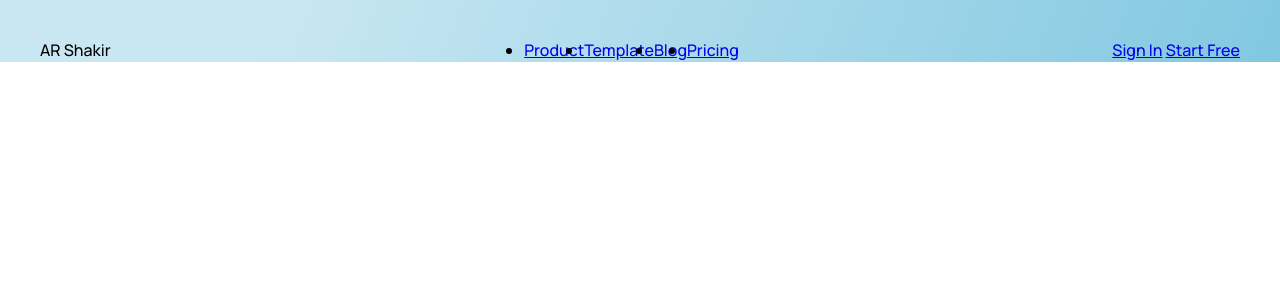
Repository: duongdori/ARShakir
Page: index.html
These files come from the project's save history. The page is drawn as it stood at one moment and after the next save; the edit follows.
The browser window is 1280 px wide. The pictures show the whole page.

Above is the page before, as saved 2022-04-01 21:53:08.

### index.html
<!DOCTYPE html>
<html lang="en">
<head>
    <meta charset="UTF-8">
    <meta http-equiv="X-UA-Compatible" content="IE=edge">
    <meta name="viewport" content="width=device-width, initial-scale=1.0">
    <title>Document</title>
    <link rel="preconnect" href="https://fonts.googleapis.com">
    <link rel="preconnect" href="https://fonts.gstatic.com" crossorigin>
    <link href="https://fonts.googleapis.com/css2?family=Manrope:wght@400;500;600;700;800&display=swap" rel="stylesheet">

    <link rel="stylesheet" href="./assets/css/main.css">
</head>
<body>
    <div class="wrapper">
        <header class="header">
            <div class="header-top">
                <div class="container">
                    <div class="header-logo">AR Shakir</div>
                    <ul class="header-menu">
                        <li class="header-menu-item">
                            <a href="#" class="header-menu-item-link">Product</a>
                        </li>
                        <li class="header-menu-item">
                            <a href="#" class="header-menu-item-link">Template</a>
                        </li>
                        <li class="header-menu-item">
                            <a href="#" class="header-menu-item-link">Blog</a>
                        </li>
                        <li class="header-menu-item">
                            <a href="#" class="header-menu-item-link">Pricing</a>
                        </li>
                    </ul>
                    <div class="header-login">
                        <a href="#" class="header-login-signin">Sign In</a>
                        <a href="#" class="header-login-startfree">Start Free</a>
                    </div>
                </div>
            </div>
        </header>
    </div>
</body>
</html>

### assets/css/main.css
*, *::before, *::after {
  box-sizing: border-box;
}
* {
  margin: 0;
}

html, body {
  height: 100%;
}
body {
  line-height: 1.5;
  -webkit-font-smoothing: antialiased;
  -webkit-tap-highlight-color: rgba(0,0,0,0);
}

img, picture, video, canvas, svg {
  display: block;
  max-width: 100%;
}
input, button, textarea, select {
  font: inherit;
  outline: none;
  border: none;
}
p, h1, h2, h3, h4, h5, h6 {
  overflow-wrap: break-word;
}

:root {
    --primary-font: "Manrope";
}
body {
    font-family: var(--primary-font);
    font-weight: 500;
}

.wrapper {
    max-width: 1440px;
    margin: 0 auto;
}

.container {
    max-width: 1200px;
    margin: 0 auto;
}

.header{
    background: linear-gradient(292.12deg, #62BADA -35.02%, #C9E7F2 78.96%);
}
.header-top{
    padding-top: 38px;
}

.header-top .container {
    display:flex;
    justify-content: space-between;
    align-items: center;
}
.header-logo{

}
.header-menu{
    display:flex;
    justify-content: space-between;
    align-items: center;
}
.header-menu-item{

}
.header-menu-item-link{

}
.header-login{

}
.header-login-signin{

}
.header-login-startfree{

}

After the next save:
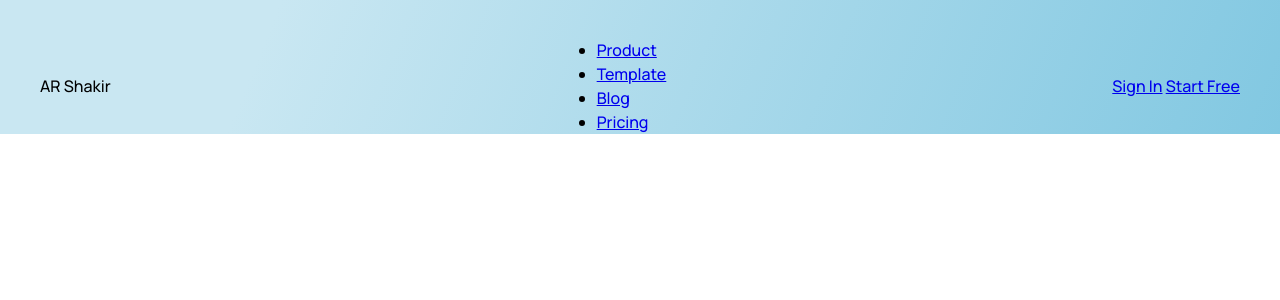
Saved 11 s later.
--- a/assets/css/main.css
+++ b/assets/css/main.css
@@ -61,9 +61,7 @@ body {
 
 }
 .header-menu{
-    display:flex;
-    justify-content: space-between;
-    align-items: center;
+
 }
 .header-menu-item{
 
